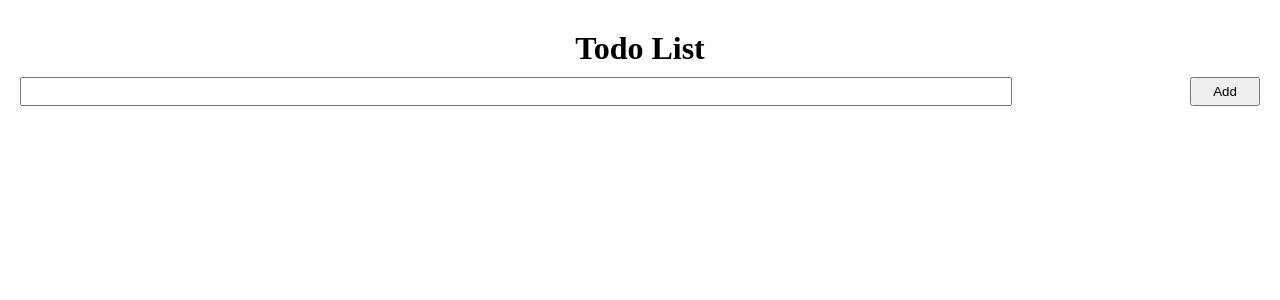
Repository: TENSAEA/----todo
Page: index.html
An editor plug-in stored every save of this project. The page is shown before and after the next save, followed by the edit.
The browser window is 1280 px wide. The pictures show the whole page.

Above is the page before, as saved 2023-10-11 10:49:59.

### index.html
<!DOCTYPE html>
<html lang="en">
  <head>
    <meta charset="UTF-8" />
    <meta name="viewport" content="width=device-width, initial-scale=1.0" />
    <title>TodoList</title>
    <link rel="stylesheet" href="style.css" />
  </head>
  <body>
    <div class="container">
      <h1>Todo List</h1>
      <div class="header">
        <form class="form">
          <input type="Add-text" id="add" />
          <label for="add"><button id="addBtn">Add</button></label>
        </form>
      </div>
      <div class="list">
        <!-- <div class="list-hide">
          <ul id="list">
            <li>
              <input class="list-text" type="text" id="edit" readonly />
              <label for="edit">
                <button class="edit">Edit</button
                ><button class="delete">Delete</button>
              </label>
            </li>
          </ul>
        </div> -->
      </div>
    </div>
    <script src="script.js"></script>
  </body>
</html>

### style.css
*{
   box-sizing:border-box;
   margin:0;
   padding:0;
}

.container{
    display: flex;
    flex-direction: column;
    padding: 20px;
}

.container h1{
    padding:10px;
    text-align:center;
}

.header{
    padding-bottom: 20px;
}

#add{
    padding: 5px;
    width:80%;
    float:left;
}
.form label button{
    padding:5px;
    width:70px;
    margin-left:10px;
    cursor: pointer;
    float:right;
}

.list{
    padding-bottom: 20px;
}

.list ul{
    list-style: none;
}

.list #list li .list-text{
    padding: 5px;
    width:60%
}
.edit,.delete{
    padding:5px;
    width:70px;
    margin-left:10px;
    cursor: pointer;
}

### script.js
let addInput = document.getElementById("add");
let addBtn = document.getElementById("addBtn");

addBtn.addEventListener("click", () => {
  let list = document.getElementById("list");
  let ul = document.createElement("ul");
  ul.classList.add("");
  let li = document.createElement("li");
  let input = document.getElementById("input");
  let text = document.createElement("input");
  let label = document.createElement("label");
  let editBtn = document.createElement("button");
  let deleteBtn = document.createElement("button");
});

After the next save:
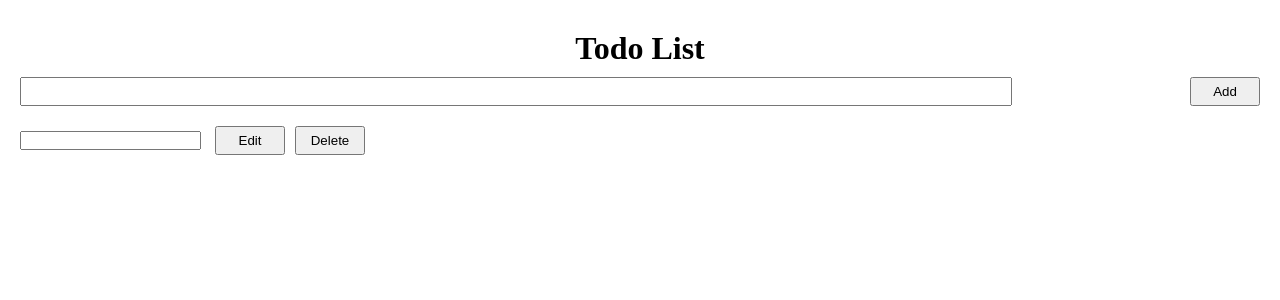
Saved 50 s later.
--- a/index.html
+++ b/index.html
@@ -16,8 +16,8 @@
         </form>
       </div>
       <div class="list">
-        <!-- <div class="list-hide">
-          <ul id="list">
+        <div class="list-hide">
+          <ul class="list">
             <li>
               <input class="list-text" type="text" id="edit" readonly />
               <label for="edit">
@@ -26,7 +26,7 @@
               </label>
             </li>
           </ul>
-        </div> -->
+        </div>
       </div>
     </div>
     <script src="script.js"></script>
